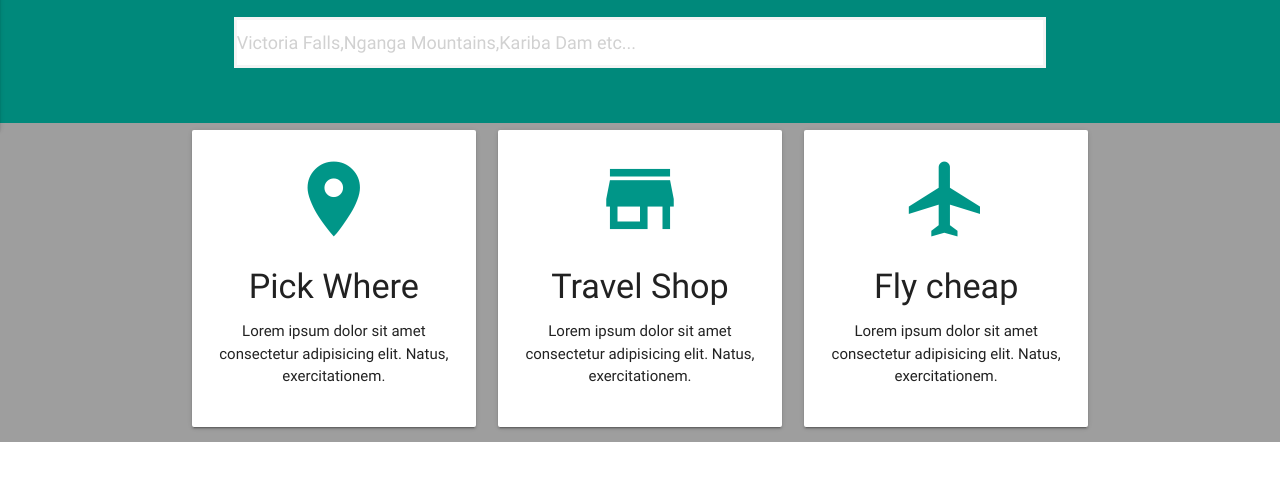
Repository: farrdy/materialize_website1_zim
Page: index.html
The author's editor kept a copy of each file at every save. The page is drawn from the files as they stood at one save, then again after the next save.
The browser window is 1280 px wide. The pictures show the part of the page from y = 650 to 1602 px (the page is 1142 px tall before and 1602 px after).
Some web libraries are served in a nearby version.

Above is the page before, as saved 2020-01-01 22:29:06.

After the next save:
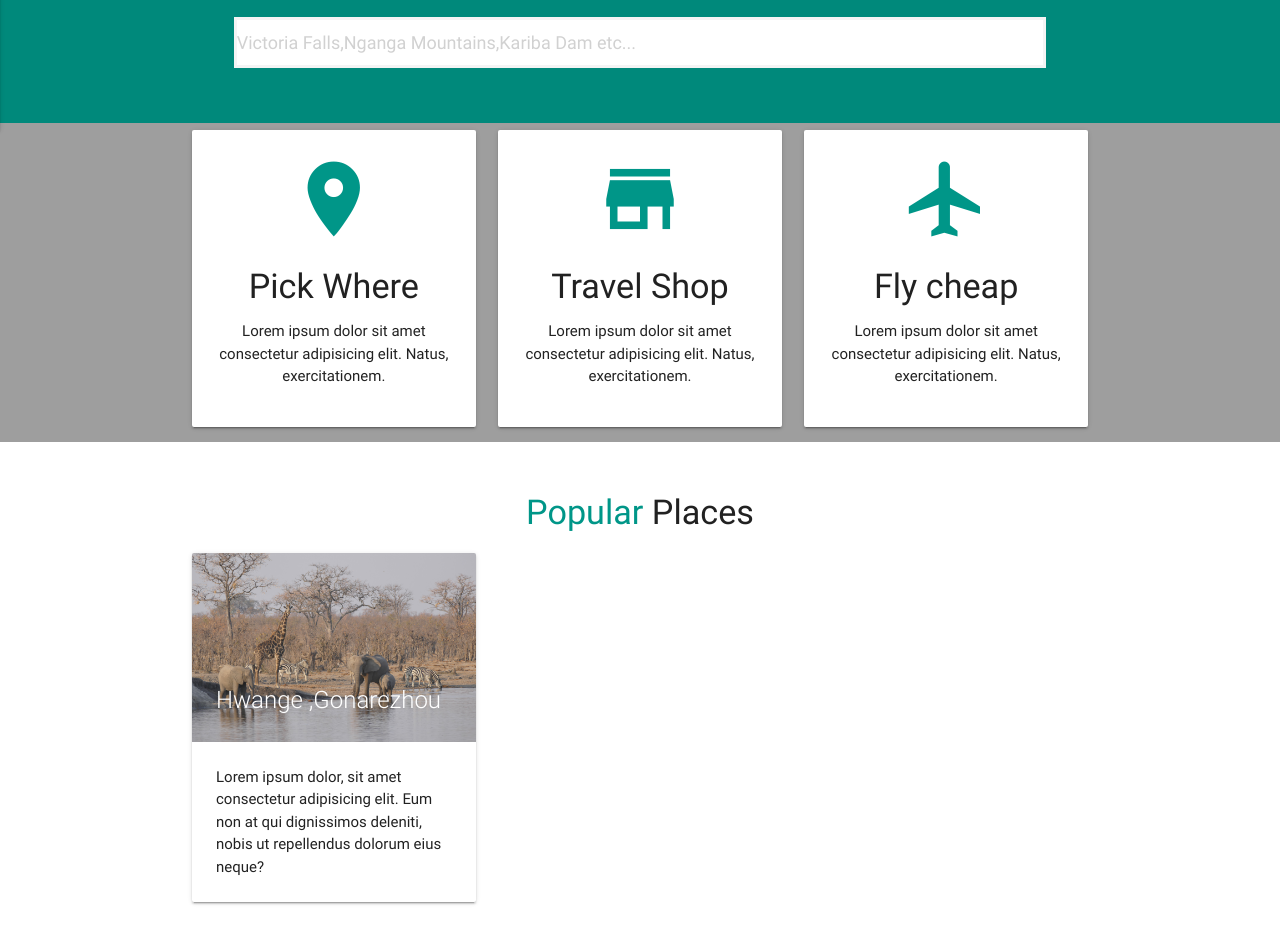
Saved 5 min 9 s later.
--- a/index.html
+++ b/index.html
@@ -150,7 +150,29 @@
     <!-- Section:Popular -->
 
     <section class=" section section-popular">
-      <div class="container"></div>
+      <div class="container">
+        <div class="row">
+          <h4 class="center">
+            <span class="teal-text">Popular</span>
+            Places
+          </h4>
+          <div class="col s12 m4">
+            <div class="card">
+              <div class="card-image">
+                <img src="img/resort2.jpg" alt="" />
+                <span class="card-title">Hwange ,Gonarezhou</span>
+              </div>
+              <div class="card-content">
+                <p>
+                  Lorem ipsum dolor, sit amet consectetur adipisicing elit. Eum
+                  non at qui dignissimos deleniti, nobis ut repellendus dolorum
+                  eius neque?
+                </p>
+              </div>
+            </div>
+          </div>
+        </div>
+      </div>
     </section>
 
     <!--Import jQuery before materialize.js-->
